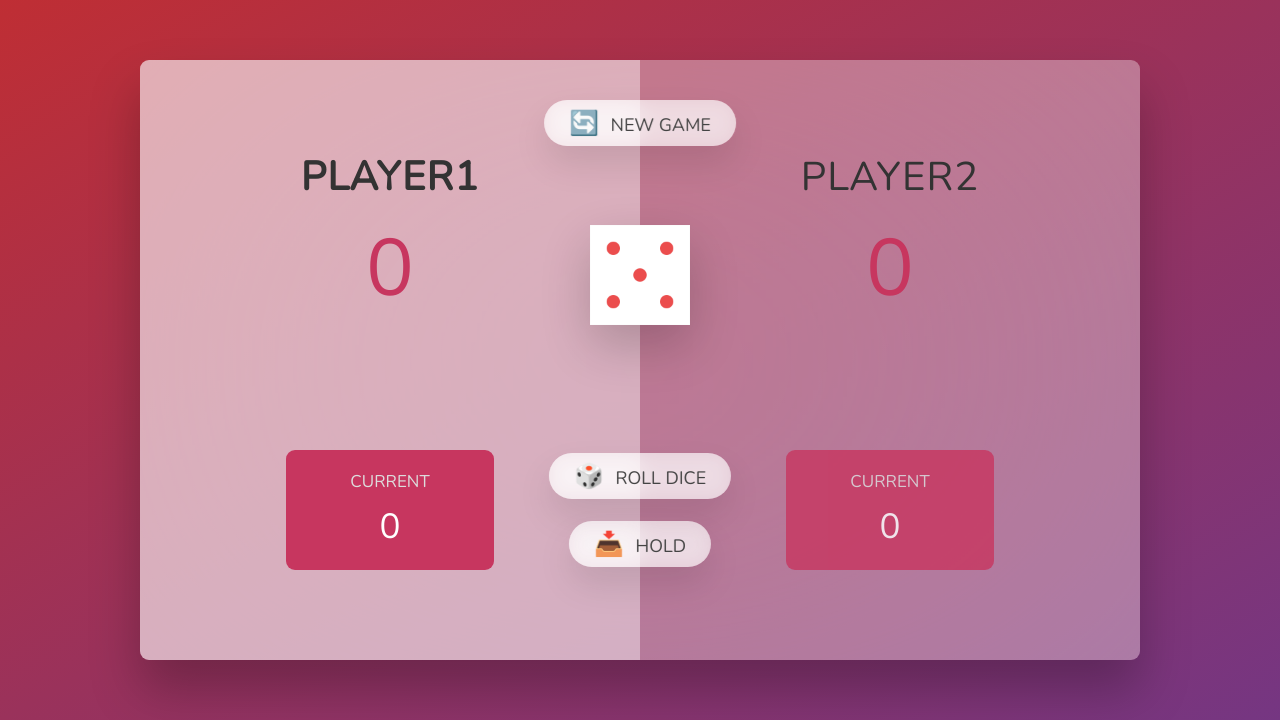
Repository: otvertka/jsc_07
Page: index.html
These files come from the project's save history. The page is drawn as it stood at one moment and after the next save; the edit follows.
The browser window is 1280 px wide. The pictures show the whole page.

Above is the page before, as saved 2022-12-24 14:01:17.

### index.html
<!DOCTYPE html>
<html lang="en">
  <head>
    <meta charset="UTF-8" />
    <meta name="viewport" content="width=device-width, initial-scale=1.0" />
    <meta http-equiv="X-UA-Compatible" content="ie=edge" />
    <link rel="stylesheet" href="style.css" />
    <title>Pig Game</title>
  </head>
  <body>
    <main>
      <section class="player player--0 player--active">
        <h2 class="name" id="name--0">Player1</h2>
        <p class="score" id="score--0">43</p>
        <div class="current">
          <p class="current-label">Current</p>
          <p class="current-score" id="current--0">0</p>
        </div>
      </section>
      <section class="player player--1">
        <h2 class="name" id="name--1">Player2</h2>
        <p class="score" id="score--1">24</p>
        <div class="current">
          <p class="current-label">Current</p>
          <p class="current-score" id="current--1">0</p>
        </div>
      </section>

      <img src="/dice-5.png" alt="Playing dice" class="dice" />
      <button class="btn btn--new">🔄 New game</button>
      <button class="btn btn--roll">🎲 Roll dice</button>
      <button class="btn btn--hold">📥 Hold</button>
    </main>
    <script src="script.js"></script>
  </body>
</html>

### style.css
@import url('https://fonts.googleapis.com/css2?family=Nunito&display=swap');

* {
  margin: 0;
  padding: 0;
  box-sizing: inherit;
}

html {
  font-size: 62.5%;
  box-sizing: border-box;
}

body {
  font-family: 'Nunito', sans-serif;
  font-weight: 400;
  height: 100vh;
  color: #333;
  background-image: linear-gradient(to top left, #753682 0%, #bf2e34 100%);
  display: flex;
  align-items: center;
  justify-content: center;
}

/* LAYOUT */
main {
  position: relative;
  width: 100rem;
  height: 60rem;
  background-color: rgba(255, 255, 255, 0.35);
  backdrop-filter: blur(200px);
  filter: blur();
  box-shadow: 0 3rem 5rem rgba(0, 0, 0, 0.25);
  border-radius: 9px;
  overflow: hidden;
  display: flex;
}

.player {
  flex: 50%;
  padding: 9rem;
  display: flex;
  flex-direction: column;
  align-items: center;
  transition: all 0.75s;
}

/* ELEMENTS */
.name {
  position: relative;
  font-size: 4rem;
  text-transform: uppercase;
  letter-spacing: 1px;
  word-spacing: 2px;
  font-weight: 300;
  margin-bottom: 1rem;
}

.score {
  font-size: 8rem;
  font-weight: 300;
  color: #c7365f;
  margin-bottom: auto;
}

.player--active {
  background-color: rgba(255, 255, 255, 0.4);
}
.player--active .name {
  font-weight: 700;
}
.player--active .score {
  font-weight: 400;
}

.player--active .current {
  opacity: 1;
}

.current {
  background-color: #c7365f;
  opacity: 0.8;
  border-radius: 9px;
  color: #fff;
  width: 65%;
  padding: 2rem;
  text-align: center;
  transition: all 0.75s;
}

.current-label {
  text-transform: uppercase;
  margin-bottom: 1rem;
  font-size: 1.7rem;
  color: #ddd;
}

.current-score {
  font-size: 3.5rem;
}

/* ABSOLUTE POSITIONED ELEMENTS */
.btn {
  position: absolute;
  left: 50%;
  transform: translateX(-50%);
  color: #444;
  background: none;
  border: none;
  font-family: inherit;
  font-size: 1.8rem;
  text-transform: uppercase;
  cursor: pointer;
  font-weight: 400;
  transition: all 0.2s;

  background-color: white;
  background-color: rgba(255, 255, 255, 0.6);
  backdrop-filter: blur(10px);

  padding: 0.7rem 2.5rem;
  border-radius: 50rem;
  box-shadow: 0 1.75rem 3.5rem rgba(0, 0, 0, 0.1);
}

.btn::first-letter {
  font-size: 2.4rem;
  display: inline-block;
  margin-right: 0.7rem;
}

.btn--new {
  top: 4rem;
}
.btn--roll {
  top: 39.3rem;
}
.btn--hold {
  top: 46.1rem;
}

.btn:active {
  transform: translate(-50%, 3px);
  box-shadow: 0 1rem 2rem rgba(0, 0, 0, 0.15);
}

.btn:focus {
  outline: none;
}

.dice {
  position: absolute;
  left: 50%;
  top: 16.5rem;
  transform: translateX(-50%);
  height: 10rem;
  box-shadow: 0 2rem 5rem rgba(0, 0, 0, 0.2);
}

.player--winner {
  background-color: #2f2f2f;
}

.player--winner .name {
  font-weight: 700;
  color: #c7365f;
}

.hidden {
  display: none;
}

### script.js
'use strict';

// Selecting elements
const score0El = document.querySelector('#score--0');
const score1El = document.getElementById('score--1');

score0El.textContent = 0;
score1El.textContent = 0;

After the next save:
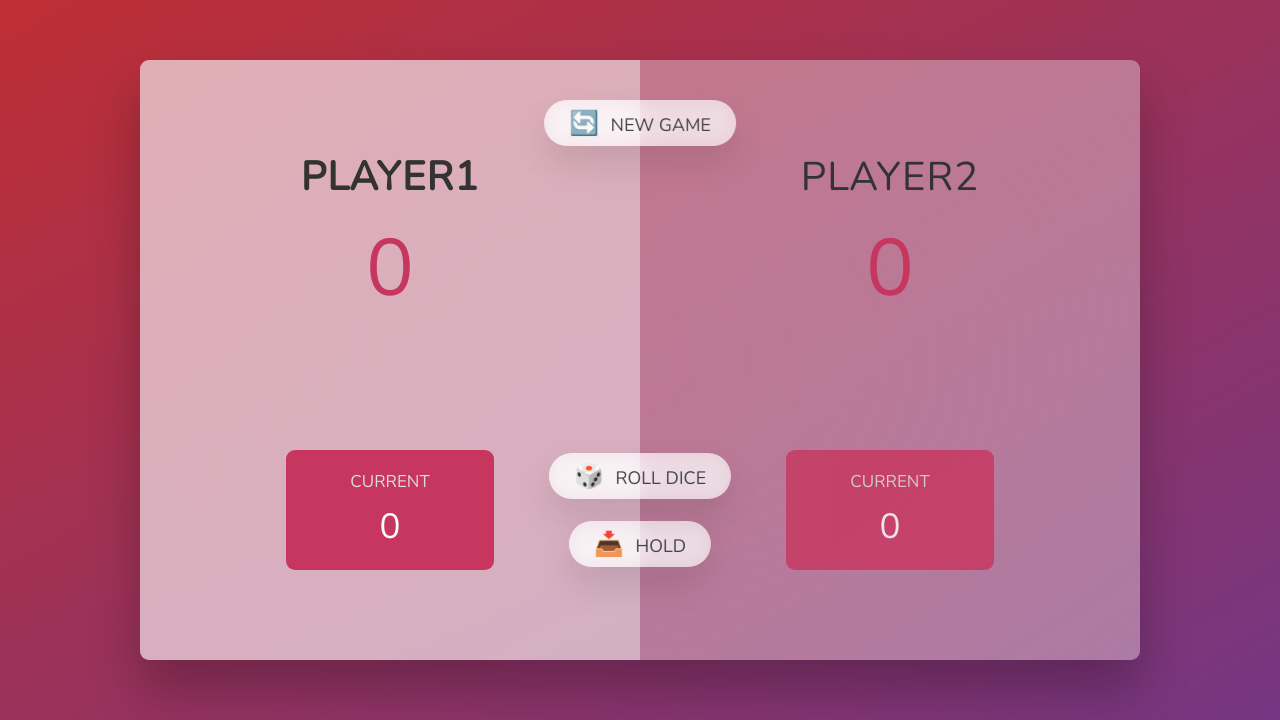
Saved 2 min 3 s later.
--- a/script.js
+++ b/script.js
@@ -3,6 +3,9 @@
 // Selecting elements
 const score0El = document.querySelector('#score--0');
 const score1El = document.getElementById('score--1');
+const diceEl = document.querySelector('.dice');
 
 score0El.textContent = 0;
 score1El.textContent = 0;
+
+diceEl.classList.add('hidden');
